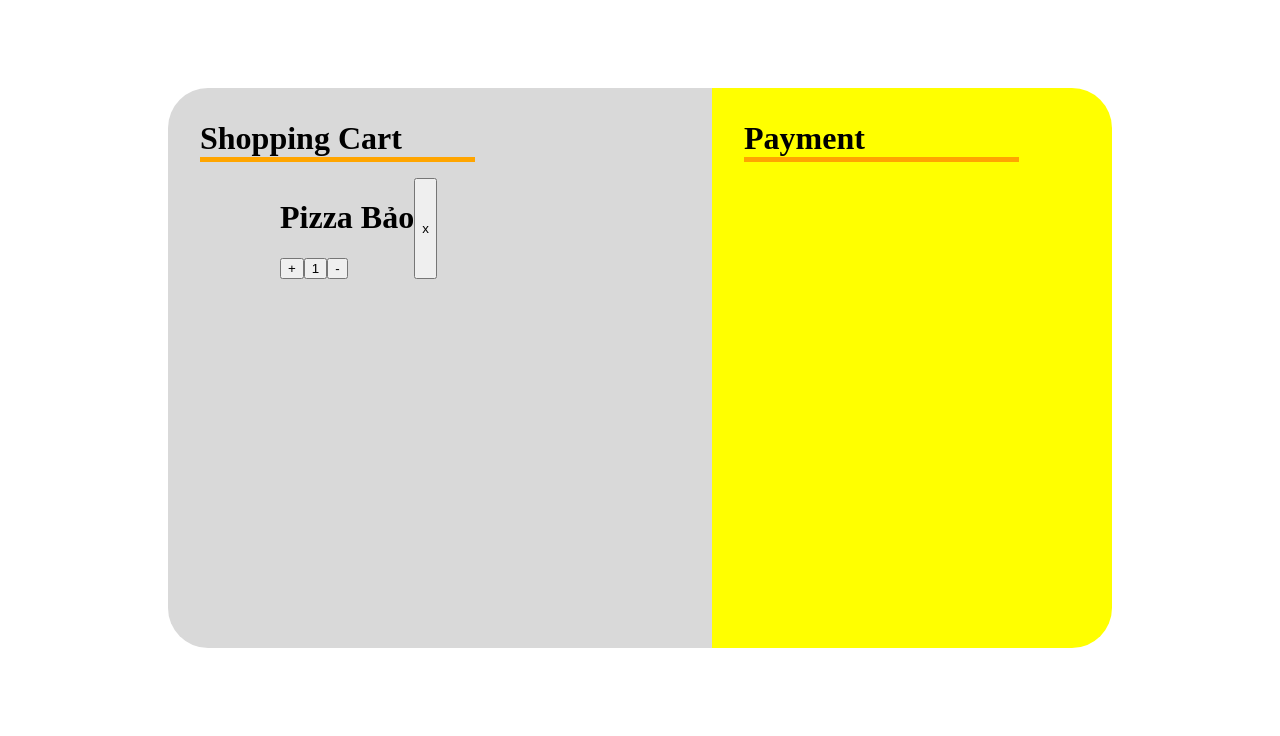
Repository: NDBaoFE/pizza-ordering-hiep
Page: /checkout
The author's editor kept a copy of each file at every save. The page is drawn from the files as they stood at one save, then again after the next save.
The browser window is 1280 px wide. The pictures show the whole page.
The project was rebuilt for these pictures with package versions that can differ from the ones it lists, and the page was loaded fresh each time.

Above is the page before, as saved 2022-08-27 22:07:09.

After the next save:
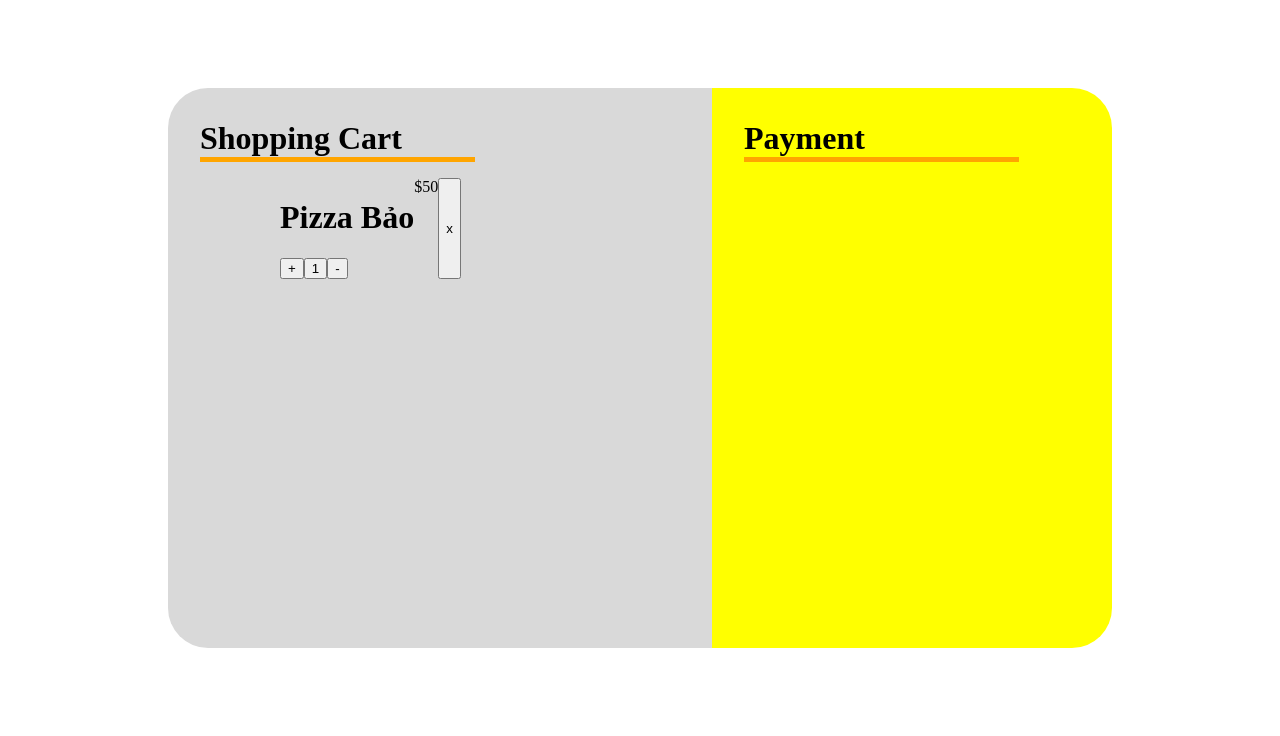
Saved 10 s later.
--- a/src/pages/Checkout/index.jsx
+++ b/src/pages/Checkout/index.jsx
@@ -17,7 +17,7 @@ const Checkout = (props) => {
                 <Styled.Button>-</Styled.Button>
               </div>
             </Styled.Info>
-            <Styled.Price></Styled.Price>
+            <Styled.Price>$50</Styled.Price>
             <Styled.CloseButton>x</Styled.CloseButton>
           </Styled.Item>
         </Styled.List>
